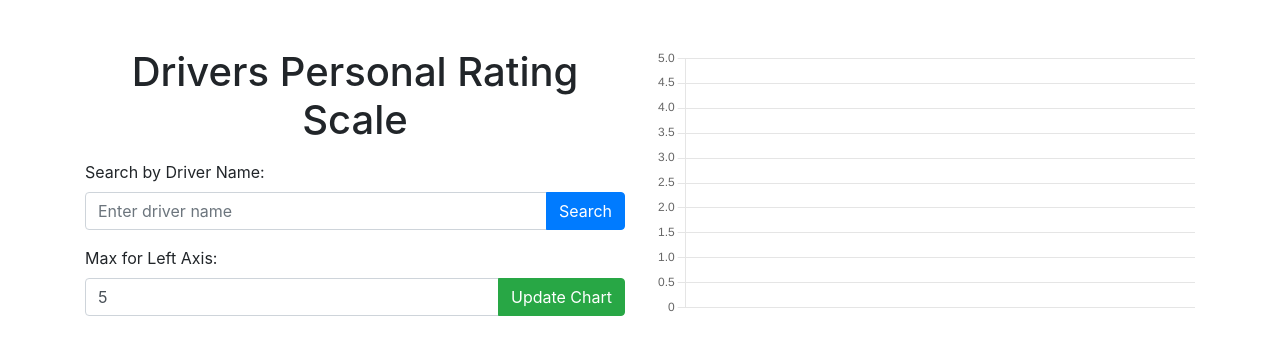
Repository: adrcstro/TrackingManagement
Page: http://localhost/tcpdf/Loginsystem/fetchdata.php
These files come from the project's save history. The page is drawn as it stood at one moment and after the next save; the edit follows.
The browser window is 1280 px wide. The pictures show the whole page.
Some icons come from a web library that is not loaded, so they are not drawn. Some web libraries are served in a nearby version. The page is run by PHP 8.4 with error messages shown; the project is at /var/www/html/. Queries for data that is not in the repository find no rows.

Above is the page before, as saved 2023-11-24 22:33:13.

### Loginsystem/fetchdata.php
<!DOCTYPE html>
<html lang="en">
<head>
    <meta charset="UTF-8">
    <meta name="viewport" content="width=device-width, initial-scale=1.0">
    <link href="https://maxcdn.bootstrapcdn.com/bootstrap/4.5.2/css/bootstrap.min.css" rel="stylesheet">
    <link href="https://cdnjs.cloudflare.com/ajax/libs/font-awesome/5.15.1/css/all.min.css" rel="stylesheet"> <!-- Font Awesome -->
    <script src="https://cdn.jsdelivr.net/npm/chart.js"></script>
    <script src="https://cdn.jsdelivr.net/npm/sweetalert2@11"></script>
    <style>
        .card {
            transition: transform 0.3s;
            position: relative;
            box-shadow: 0 4px 8px rgba(0, 0, 0, 0.1);
            height: 100%;
        }
        .copy-icon {
            position: absolute;
            top: 10px;
            right: 10px;
            cursor: pointer;
            color: white; /* Set the icon color */
            background-color: rgba(0, 0, 0, 0.5); /* Set the background color with some transparency */
            padding: 5px; /* Adjust padding for better visibility */
            border-radius: 50%; /* Make the icon circular */
        }




.location-icon{

    position: absolute;
            top: 45px;
            right: 10px;
            cursor: pointer;
            color: white; /* Set the icon color */
            background-color: rgba(0, 0, 0, 0.5); /* Set the background color with some transparency */
            padding: 5px; /* Adjust padding for better visibility */
            border-radius: 50%; /* Make the ic*/




}
        .card:hover {
            transform: scale(1.05);
            box-shadow: 0 8px 16px rgba(0, 0, 0, 0.2);
        }

        .card-img-top {
            object-fit: cover;
            height: 250px;
            width: 100%;
        }

        .card-body {
            padding-bottom: 40px; /* Adjust padding to accommodate the button */
        }

        .card-title {
            height: -3rem; /* Limit the height of the title */
            overflow: hidden;
        }

        .card-text {
            max-height: 6rem; /* Limit the height of the description */
            overflow: hidden;
        }

        .read-more-modal {
            max-width: 800px; /* Adjust the width of the modal */
        }


    </style>
    <title>News and Events</title>
</head>
<body>

<div class="container">
        <div class="row  mt-4">
            <div class="col-md-6">
                <h1 class="text-center mt-4">Drivers Personal Rating Scale</h1>

                <form method="post" action="" class="mt-3">
    <div class="form-group">
        <label for="search">Search by Driver Name:</label>
        <div class="input-group">
            <input type="text" name="search" id="search" class="form-control" placeholder="Enter driver name">
            <div class="input-group-append">
            <button type="submit" class="btn btn-primary">
  <i class="bi bi-search"></i> Search
</button>

            </div>
        </div>
    </div>
</form>

<div class="form-group mt-2">
    <label for="maxLeft">Max for Left Axis:</label>
    <div class="input-group">
        <input type="number" name="maxLeft" id="maxLeft" value="5" class="form-control" placeholder="Enter max value">
        <div class="input-group-append">
           <button onclick="updateChart()" class="btn btn-success">
  <i class="bi bi-bar-chart"></i> Update Chart
</button>
        </div>
    </div>
</div>



            </div>

            <div class="col-md-6">
                <div style="width: 100%;"  class="mt-4">
                    <canvas id="myChart"></canvas>
                </div>
            </div>
        </div>
    </div>


<script>
        // Add your custom scripts here
        function updateChart() {
            // Your chart update logic
        }
    </script>
<?php
// Connect to your database
$servername = "localhost"; // Replace with your server name
$username = "root"; // Replace with your username
$password = ""; // Replace with your password
$dbname = "plate-to-place-v-tracking";

$conn = new mysqli($servername, $username, $password, $dbname);

// Check connection
if ($conn->connect_error) {
    die("Connection failed: " . $conn->connect_error);
}

// Function to fetch data from the rating table based on the search term
function fetchData($conn, $searchTerm) {
    $sql = "SELECT DriverName, Rate FROM rating WHERE DriverName LIKE '%$searchTerm%'";
    $result = $conn->query($sql);

    $data = array();
    if ($result->num_rows > 0) {
        while ($row = $result->fetch_assoc()) {
            $data[] = $row;
        }
    }

    return $data;
}

// Process search form submission
if ($_SERVER["REQUEST_METHOD"] == "POST") {
    $searchTerm = $_POST["search"];
    $data = fetchData($conn, $searchTerm);
} else {
    // If no search term, initialize with an empty array
    $data = array();
}

// Close the database connection
$conn->close();
?>

<script>
// Prepare data for Chart.js
var data = <?php echo json_encode($data); ?>;

// Create an object to count the occurrences of each rating for each driverName
var ratingCounts = {};

data.forEach(function(item) {
    var driverName = item.DriverName;
    var rate = item.Rate;

    // Initialize the count for the driverName if not already present
    if (!ratingCounts[driverName]) {
        ratingCounts[driverName] = [0, 0, 0, 0, 0]; // Index 0 represents rating 1, index 4 represents rating 5
    }

    // Increment the count for the corresponding rating
    ratingCounts[driverName][rate - 1]++;
});

// Prepare labels and data for the chart
var labels = Object.keys(ratingCounts);
var datasets = [];

// Iterate through each driverName and create a dataset for the bar graph
labels.forEach(function(driverName) {
    var counts = ratingCounts[driverName];

    datasets.push({
        label: driverName,
        data: counts,
        backgroundColor: getRandomColor(), // Function to get a random color for each driverName
        borderColor: 'rgba(75, 192, 192, 1)',
        borderWidth: 1
    });
});

// Default max value for left axis
var maxLeft = 5;

// Declare myChart outside the function
var myChart;

// Draw the initial bar chart
drawChart();

// Function to draw or update the bar chart
function drawChart() {
    var ctx = document.getElementById('myChart').getContext('2d');
    myChart = new Chart(ctx, {
        type: 'bar',
        data: {
            labels: ['Very Poor', 'Poor', 'Fair', 'Good', 'Excellent'], // Ratings 1 to 5
            datasets: datasets
        },
        options: {
            scales: {
                y: {
                    beginAtZero: true,
                    stepSize: 1,
                    max: maxLeft
                }
            }
        }
    });
}

// Function to generate a random color
function getRandomColor() {
    var letters = '0123456789ABCDEF';
    var color = '#';
    for (var i = 0; i < 6; i++) {
        color += letters[Math.floor(Math.random() * 16)];
    }
    return color;
}

// Function to update the chart based on user input
function updateChart() {
    // Get value from input field
    maxLeft = parseInt(document.getElementById('maxLeft').value);

    // Destroy the existing chart and redraw with updated options
    myChart.destroy();
    drawChart();
}
</script>









<div class="container mt-5 mb-5">
    <div class="row">
    <?php
        // Replace these with your actual database connection details
        $host = "localhost";
        $username = "root";
        $password = "";
        $database = "plate-to-place-v-tracking";

        // Create a database connection
        $your_db_connection = mysqli_connect($host, $username, $password, $database);

        // Check the connection
        if (!$your_db_connection) {
            die("Connection failed: " . mysqli_connect_error());
        }

        // Fetch data from the "newsandevents" table
        $query = "SELECT id, Username, Age, Password, PermittoOperate,PhoneNumber,HomeAddress FROM driverstbl";
        $result = mysqli_query($your_db_connection, $query);

        // Check if the query was successful
        if ($result) {
            // Fetch data row by row
            while ($row = mysqli_fetch_assoc($result)) {
                $drivername = $row['Username'];
                $ViehicleNumber = $row['Age'];
                $PlateNumber = $row['Password'];
                $image = $row['PermittoOperate'];
                $phone = $row['PhoneNumber'];
                $home = $row['HomeAddress'];

                echo '<div class="col-md-4 mb-5">';
                echo '<div class="card">';
                echo '<div style="position: relative;">'; // Add a relative position for proper stacking context
                echo '<img src="uploads/' . $image . '" class="card-img-top" alt="Card Image">';

              // Displaying the copy icon
echo '<i class="far fa-copy copy-icon" onclick="copyToClipboard(\'driverName' . $row['id'] . '\')"></i>';
echo '<i class="bi bi-geo-alt location-icon" onclick="copyToClipboard(\'driverName' . $row['id'] . '\')"></i>';


                echo '</div>'; // Close the relative position div
                echo '<div class="card-body">';

                // Displaying the driver information
                echo '<h6 class="card-title">Drivers Name: <span style="font-weight:normal;" id="driverName' . $row['id'] . '">' . $drivername . '</span></h6>';
                echo '<h6 class="card-title">Vehicle Number: <span style="font-weight:normal;">' . $ViehicleNumber . '</span></h6>';
                echo '<h6 class="card-title">Plate Number: <span style="font-weight:normal;">' . $PlateNumber . '</span></h6>';
                echo '<h6 class="card-title">Phone Number: <span style="font-weight:normal;">' . $phone . '</span></h6>';
                echo '<h6 class="card-title">Home Address: <span style="font-weight:normal;">' . $home . '</span></h6>';

                echo '</div>';
                echo '</div>';
                echo '</div>';
            }
        }
            // ... Your existing PHP code ...
            ?>
        </div>
    </div>

    <!-- Add the copyToClipboard function -->
    <script>
        function copyToClipboard(elementId) {
            const element = document.getElementById(elementId);
            const text = element.innerText;

            // Create a temporary textarea to copy the text
            const textarea = document.createElement('textarea');
            textarea.value = text;
            document.body.appendChild(textarea);
            textarea.select();
            document.execCommand('copy');
            document.body.removeChild(textarea);

            // Use SweetAlert for a more visually appealing notification
            Swal.fire({
                icon: 'success',
                title: 'Copied!',
                text: 'The name has been copied to the clipboard.',
                timer: 1500, // Automatically close after 1.5 seconds
                showConfirmButton: false
            });
        }
    </script>
<script src="https://code.jquery.com/jquery-3.5.1.slim.min.js"></script>
<script src="https://cdn.jsdelivr.net/npm/@popperjs/core@2.5.3/dist/umd/popper.min.js"></script>
<script src="https://maxcdn.bootstrapcdn.com/bootstrap/4.5.2/js/bootstrap.min.js"></script>
<script src="https://kit.fontawesome.com/your-font-awesome-kit-id.js" crossorigin="anonymous"></script>


</body>
</html>

After the next save:
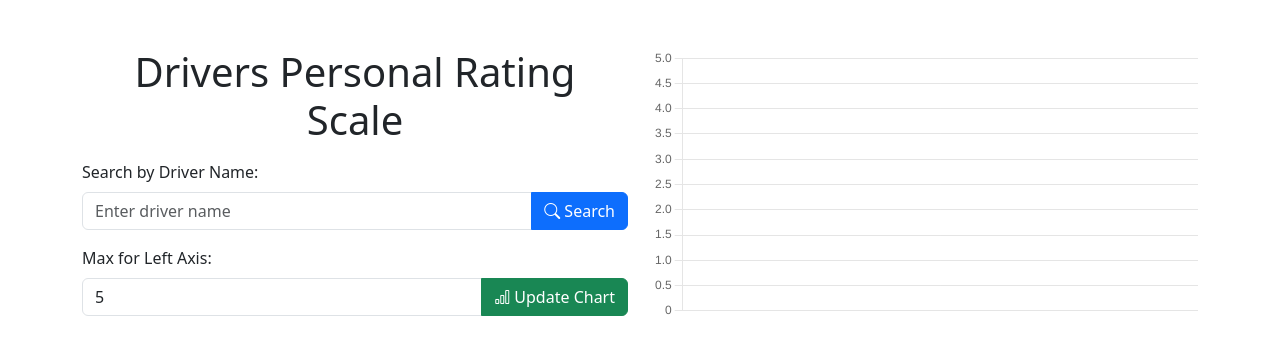
Saved 97 s later.
--- a/Loginsystem/fetchdata.php
+++ b/Loginsystem/fetchdata.php
@@ -7,6 +7,12 @@
     <link href="https://cdnjs.cloudflare.com/ajax/libs/font-awesome/5.15.1/css/all.min.css" rel="stylesheet"> <!-- Font Awesome -->
     <script src="https://cdn.jsdelivr.net/npm/chart.js"></script>
     <script src="https://cdn.jsdelivr.net/npm/sweetalert2@11"></script>
+
+    <link href="https://cdn.jsdelivr.net/npm/bootstrap@5.3.0/dist/css/bootstrap.min.css" rel="stylesheet">
+
+<!-- Include Bootstrap Icons CSS -->
+<link href="https://cdn.jsdelivr.net/npm/bootstrap-icons@1.19.0/font/bootstrap-icons.css" rel="stylesheet">
+
     <style>
         .card {
             transition: transform 0.3s;

After the 2 saves that followed:
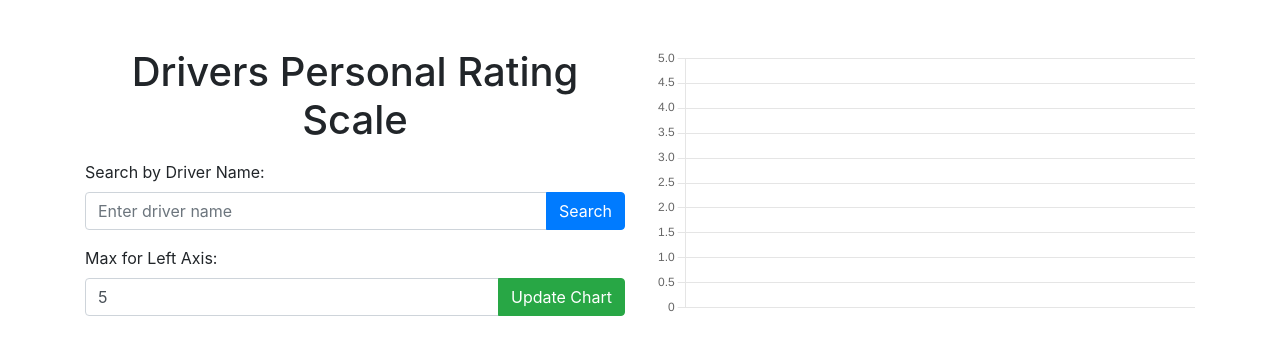
The 2 saves are shown as one change because 1 left the picture as it was.
The last was saved 79 s later.
--- a/Loginsystem/fetchdata.php
+++ b/Loginsystem/fetchdata.php
@@ -7,12 +7,6 @@
     <link href="https://cdnjs.cloudflare.com/ajax/libs/font-awesome/5.15.1/css/all.min.css" rel="stylesheet"> <!-- Font Awesome -->
     <script src="https://cdn.jsdelivr.net/npm/chart.js"></script>
     <script src="https://cdn.jsdelivr.net/npm/sweetalert2@11"></script>
-
-    <link href="https://cdn.jsdelivr.net/npm/bootstrap@5.3.0/dist/css/bootstrap.min.css" rel="stylesheet">
-
-<!-- Include Bootstrap Icons CSS -->
-<link href="https://cdn.jsdelivr.net/npm/bootstrap-icons@1.19.0/font/bootstrap-icons.css" rel="stylesheet">
-
     <style>
         .card {
             transition: transform 0.3s;
@@ -312,7 +306,8 @@
 
               // Displaying the copy icon
 echo '<i class="far fa-copy copy-icon" onclick="copyToClipboard(\'driverName' . $row['id'] . '\')"></i>';
-echo '<i class="bi bi-geo-alt location-icon" onclick="copyToClipboard(\'driverName' . $row['id'] . '\')"></i>';
+echo '<i class="fa-solid fa-location-dot location-icon" onclick="copyToClipboard(\'driverName' . $row['id'] . '\')"></i>';
+
 
 
                 echo '</div>'; // Close the relative position div
